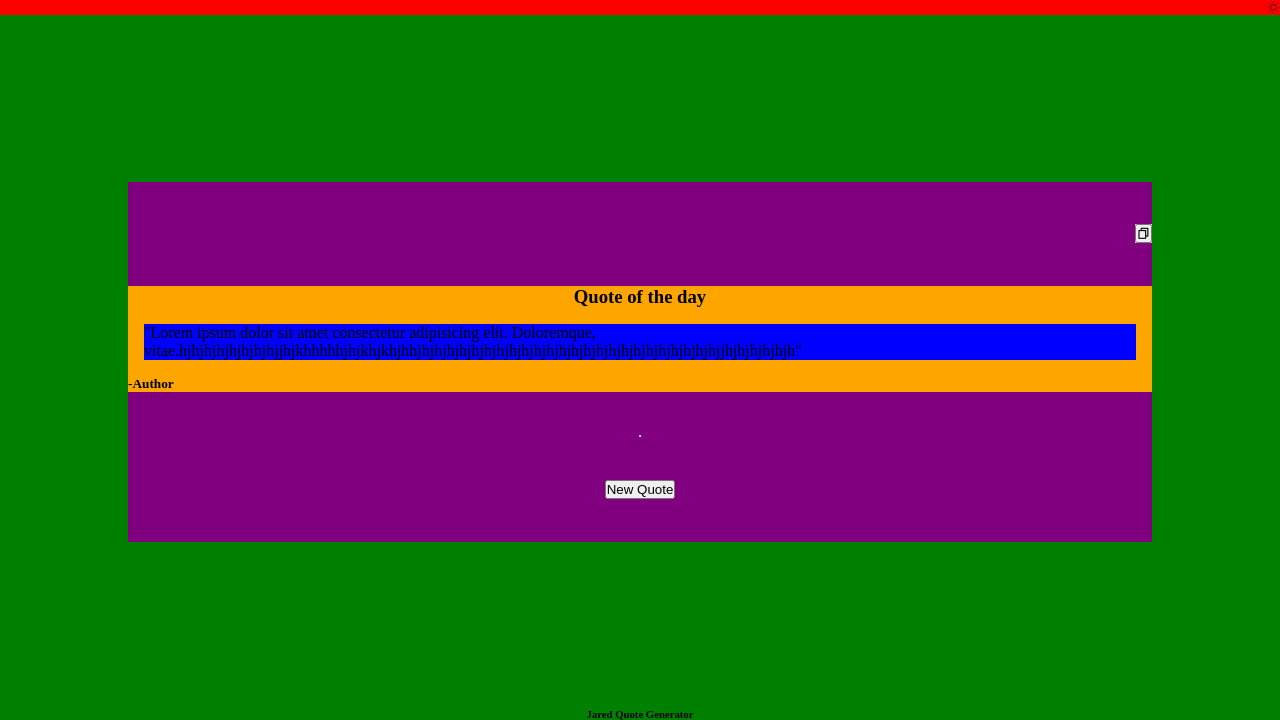
Repository: EguJaredoBoyd/Jared-Quote-Generator
Page: html/main.html
An editor plug-in stored every save of this project. The page is shown before and after the next save, followed by the edit.
The browser window is 1280 px wide. The pictures show the whole page.
Some web libraries are served in a nearby version.

Above is the page before, as saved 2026-01-09 01:00:51.

### html/main.html
<!DOCTYPE html>
<html lang="en">
  <head>
    <meta charset="UTF-8" />
    <meta name="viewport" content="width=device-width, initial-scale=1.0" />
    <link rel="stylesheet" href="../css/style.css" />
    <script src="../js/main.js" defer></script>
    <link
      href="https://cdn.jsdelivr.net/npm/remixicon@4.8.0/fonts/remixicon.css"
      rel="stylesheet"
    />
    <title>Document</title>
  </head>
  <body>
    <div class="container">
      <header>
        <button><i class="ri-sun-line"></i></button>
      </header>
      <main>
        <div class="quote-container">
          <div class="quote-container__copy">
            <button><i class="ri-file-copy-line"></i></button>
          </div>
          <div class="quote-container__quotes">
            <h3>Quote of the day</h3>
            <p>
              "Lorem ipsum dolor sit amet consectetur adipisicing elit.
              Doloremque,
              vitae.hjhjhjhjhjhjhjhjjhjkhhhhhjhjkhjkhjhhjhjhjhjhjhjhjhjhjhjhjhjhjhjhjhjhjhjhjhjhjhjhjhjhjjhjhjhjhjhjh"
            </p>
            <div>
              <h5>-Author</h5>
            </div>
          </div>
          <hr />
          <div>
            <button>New Quote</button>
          </div>
        </div>
      </main>
      <footer>
        <div>
          <h6>Jared Quote Generator</h6>
        </div>
      </footer>
    </div>
  </body>
</html>

### css/style.css
* {
  margin: 0;
  padding: 0;
  box-sizing: border-box;
}

:root {
  --background-color: #7b0d1e;
  --card-color: #f8e5ee;
  --text-color: black;
  --button-color: var(--background-color);
}

html {
  font-size: 16px;
}

.lighter-theme {
  --background-color: var(--card-color);
  --card-color: var(--background-color);
  --text-color: var(--text-color);
  --button-color: var(--button-color);
}

.container {
  background-color: green;
  height: 100vh;
  display: flex;
  flex-direction: column;
  justify-content: space-between;
  align-items: center;
}

header {
  display: flex;
  justify-content: flex-end;
  background-color: red;
  width: 100%;
}

header button {
  border: none;
  background: none;
  color: var(--button-color);
}

.quote-container {
  background-color: purple;
  display: flex;
  flex-direction: column;
  justify-content: space-evenly;
  align-items: center;
  height: 50vh;
  width: 80vw;
  max-width: 80vw;
}

.quote-container__copy {
  align-self: self-end;
  background-color: pink;
}

.quote-container__quotes {
  background-color: orange;
  max-width: 100%;
}

.quote-container__quotes h3 {
  text-align: center;
}

.quote-container__quotes p {
  background-color: blue;
  max-width: 100%;
  margin: 1rem;
  text-wrap: inherit;
  text-justify: center;
}

Loaded but not shown: js/main.js (no copy from this time; the picture is the same without it)

After the next save:
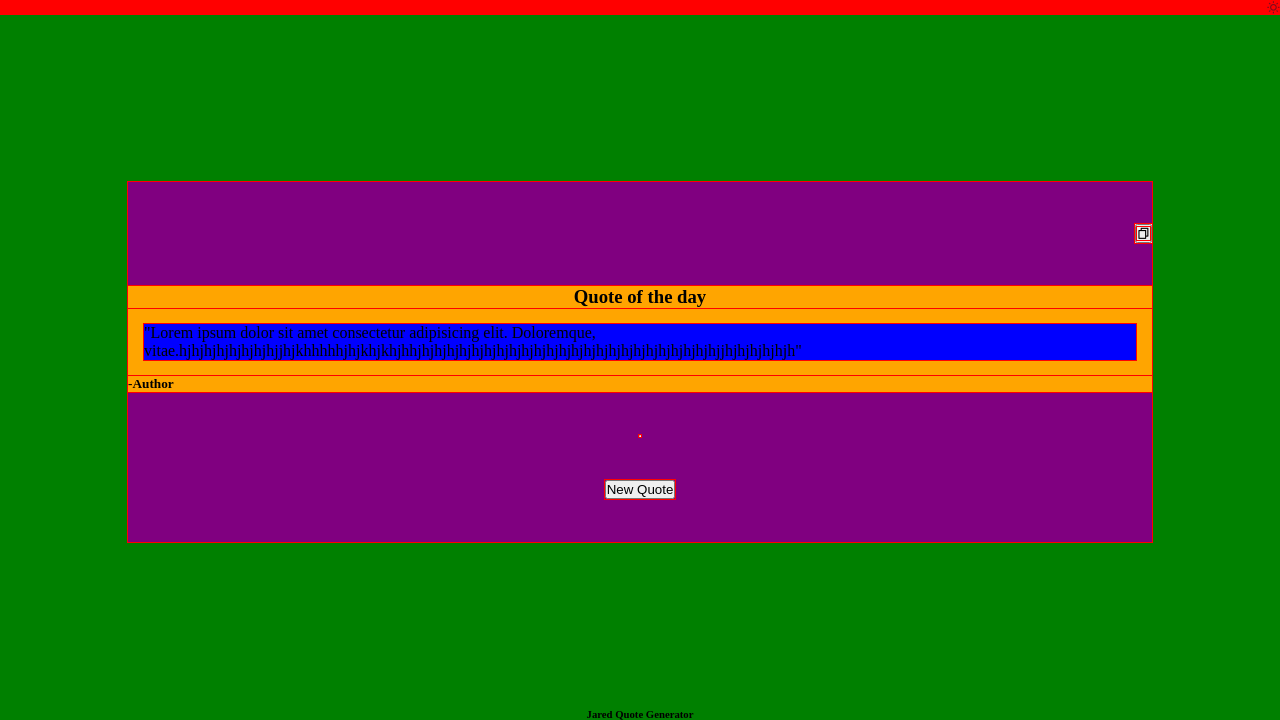
Saved 5 min 19 s later.
--- a/css/style.css
+++ b/css/style.css
@@ -76,3 +76,8 @@ header button {
   text-wrap: inherit;
   text-justify: center;
 }
+
+.quote-container,
+.quote-container * {
+  outline: 1px solid red;
+}
